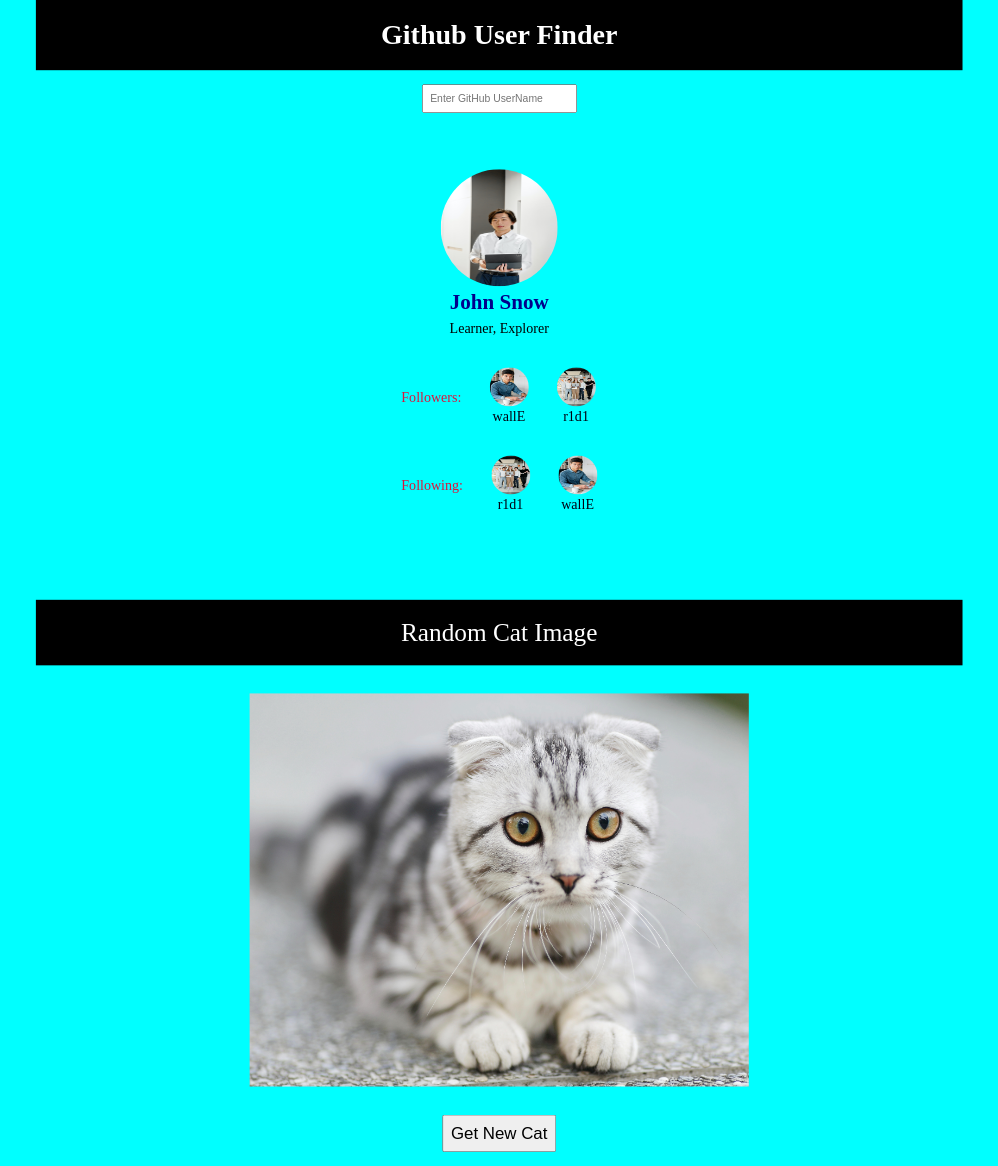
Repository: Ravindra-Shastri/TA-JS-asynchronous-js-TJaaao
Page: block-BJaajt/code/index.html
The author's editor kept a copy of each file at every save. The page is drawn from the files as they stood at one save, then again after the next save.
The browser window is 1280 px wide. The pictures show the whole page, at 78% of full size.
The style sheet was rebuilt from its Sass, Less or Tailwind sources for each picture, by a compiler version that may differ from the author's.

Above is the page before, as saved 2021-10-07 10:39:49.

### block-BJaajt/code/index.html


<!DOCTYPE html>
<html lang="en">
<head>
    <meta charset="UTF-8">
    <meta http-equiv="X-UA-Compatible" content="IE=edge">
    <meta name="viewport" content="width=device-width, initial-scale=1.0">
    <title>Assignment: Fetching Data</title>
    <link rel="stylesheet" href="./assets/style.css">

</head>
<body>
    <h1>Github User Finder</h1>
    <div class="input-box">
        <input type="text" placeholder="Enter GitHub UserName">
    </div>

    <section class="user-card">
        <div class="user-details">
            <img src="./assets/pic1.jpg" alt="Pic-1" class="avatar">
            <h3 class="user-name">John Snow</h3>
            <p class="bio">Learner, Explorer</p>
        </div>
        <ul>
            <li class="followers-count">
                Followers:
                <div>
                    <img src="./assets/pic2.jpg" alt="Pic-2">
                    <p>wallE</p>
                </div>
                <div>
                    <img src="./assets/pic3.jpg" alt="Pic-3">
                    <p>r1d1</p>
                </div>

            </li>

            <li class="following">
                Following:
                <div>
                    <img src="./assets/pic3.jpg" alt="Pic-3">
                    <p>r1d1</p>
                </div>
                <div>
                    <img src="./assets/pic2.jpg" alt="Pic-2">
                    <p>wallE</p>
                </div>

            </li>
        </ul>

    </section>


    <section class="cat-section">
         <h2>Random Cat Image</h2>
        <div class="cat-image-container">
            <img src="./assets/cat1.jpg" alt="cat-image" class="cat-image">
        </div>
        <button>Get New Cat</button>
    </section>

    <script src="./index.js"></script>
</body>
</html>

### block-BJaajt/code/index.js
const input = document.querySelector("input");
const avatar = document.querySelector(".avatar");
const userName = document.querySelector(".user-name");
const bio = document.querySelector(".bio");
const followerUser = document.querySelector(".followers-count");
const followingUser = document.querySelector(".following");


function handleChange (event) {
    if (event.keyCode === 13 && input.value) {
        let user =  event.target.value;
        let xhr = new XMLHttpRequest();

xhr.open('GET', `https://api.github.com/users/${user}`);

xhr.onload = function () {
    let userData = JSON.parse(xhr.response);
    avatar.src = userData.avatar_url;
    userName.innerText = userData.name;
    bio.innerText = userData.bio;
}
xhr.onerror = function () {
    console.error("Something Went Wrong");
};
xhr.send();

let followers = new XMLHttpRequest();

followers.open('GET', `https://api.github.com/users/${user}/followers`);

followers.onload = function () {
    let followersData = JSON.parse(followers.response);
    followerUser.innerHTML = "Followers: ";
    followersData.forEach((element, index) => {
        if (index <= 5) {
            let followerAvatar = document.createElement("img");
            followerAvatar.src = element.avatar_url;
            let followerName = document.createElement("p");
            followerName.innerText = element.login;
            let followerInfo = document.createElement("div");
            followerInfo.append(followerAvatar, followerName);
            followerUser.append(followerInfo);
        }
    });
}
followers.send();

let following = new XMLHttpRequest();

following.open('GET', `https://api.github.com/users/${user}/following`);

following.onload = function () {
    let followingData = JSON.parse(following.response);
    followingUser.innerHTML = "Following: ";
    followingData.forEach((element, index) => {
        if (index <= 5) {
            let followingAvatar = document.createElement("img");
            followingAvatar.src = element.avatar_url;
            let followingName = document.createElement("p");
            followingName.innerText = element.login;
            let followingInfo = document.createElement("div");
            followingInfo.append(followingAvatar, followingName);
            followingUser.append(followingInfo);
        }
    });
}
following.send();
        event.target.value = "";
    }

}

input.addEventListener("keyup", handleChange);


let button = document.querySelector("button");
let catImage = document.querySelector(".cat-image");

button.addEventListener('click', function() {
    let catApi = new XMLHttpRequest();
    catApi.open("GET", "https://api.thecatapi.com/v1/images/search?limit=1&size=full");

    catApi.onload = function () {

        let catData = JSON.parse(catApi.response);
        catImage.src = catData[0].url;
    }
    catApi.send();
});

### block-BJaajt/code/assets/style.scss
@import "reset";


html {
    font-size: 18px;
}
body {
    line-height: 1.5;
    background: aqua;
}

h1 {
    font-size: 2rem;
    background: rgb(0, 0, 0);
    color: #fff;
    font-weight: 700;
    text-align: center;
    padding: 1rem;
    width: 90%;
    margin: auto auto;
}
.input-box {
    margin: 1rem auto;
    display: flex;
    align-items: center;
    justify-content: center;
    input {
        display: inline-block;
        padding: .5rem;
    }
}

.user-card {
    display: flex;
    flex-direction: column;
    width: 90%;
    margin: 3rem auto;
    padding: 1rem;
    align-items: center;
    background: aqua;
    border-radius: 30px;
}
.user-details {
    display: flex;
    flex-direction: column;
    align-items: center;
    margin-bottom: 2rem;
    h3 {
        font-size: 1.5rem;
        font-weight: 600;
        color: darkblue;
    }
}


.avatar {
        width: 150px;
        height: 150px;
        border-radius: 50%;
}

.followers-count, .following{
    display: flex;
    width: 100%;
    justify-content: flex-start;
    gap: 2rem;
    margin-bottom: 2rem;
    align-items: center;
    color: crimson;
    div {
        display: flex;
        flex-direction: column;
        align-items: center;
        color: rgb(1, 1, 17);
    }
    img {
        width: 50px;
        height: 50px;
        border-radius: 50%;
    }
}


// CAT Styles
.cat-section {
    display: flex;
    flex-direction: column;
    align-items: center;
    h2 {
        font-size: 1.8rem;
        background: black;
        width: 90%;
        color: #fff;
        text-align: center;
        padding: 1rem;
    }
    button {
        display: inline-block;
        padding: .5rem;
        font-size: 1.2rem;
        margin-bottom: 1rem;
        cursor: pointer;
    }
}

.cat-image-container {
    display: flex;
    width: 50%;
    height: 70vh;
    margin: 2rem auto;
    img {
        width: 100%;
    }
}

Loaded but not shown: block-BJaajt/code/assets/_reset.scss (common file)

After the next save:
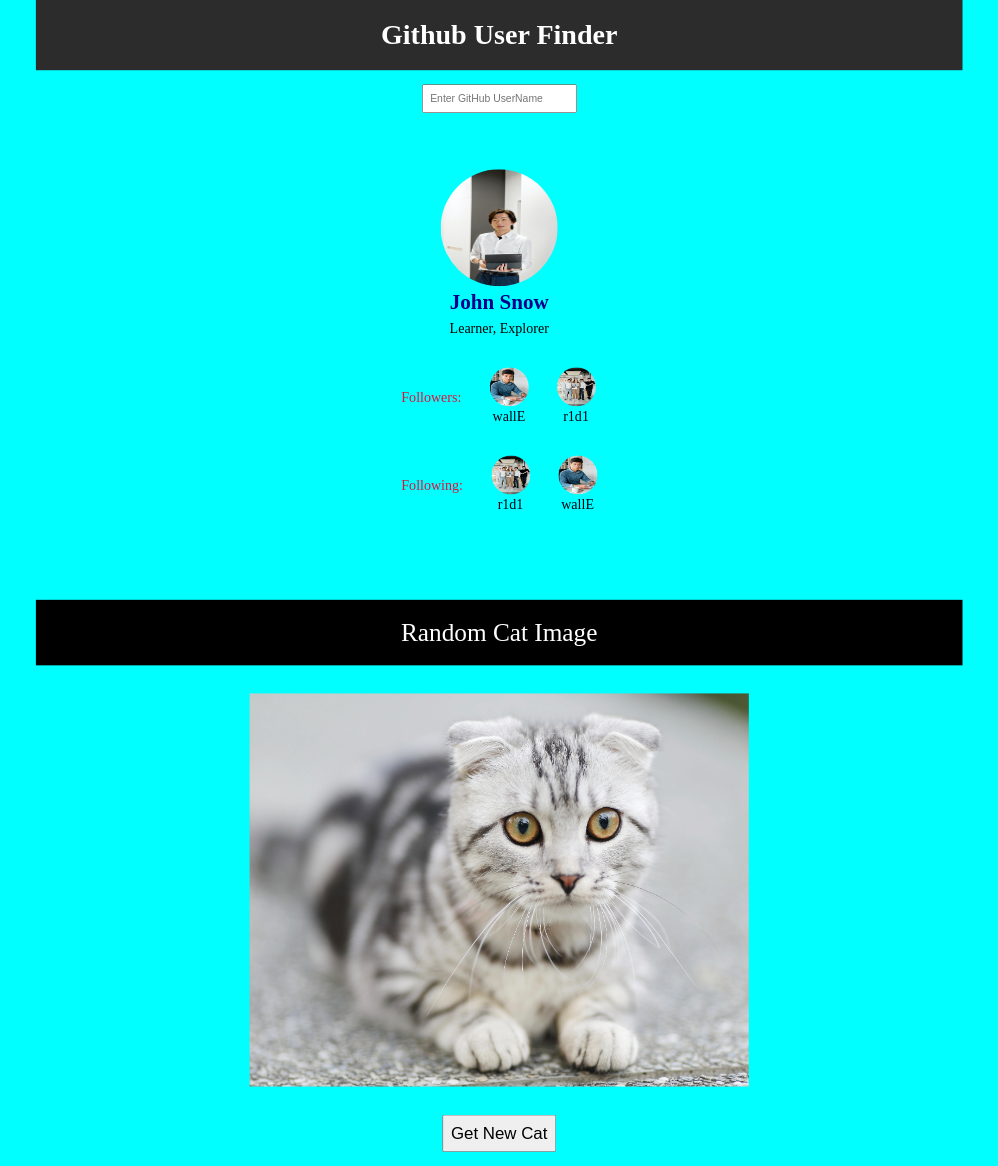
Saved 5 s later.
--- a/block-BJaajt/code/assets/style.scss
+++ b/block-BJaajt/code/assets/style.scss
@@ -11,7 +11,7 @@ body {
 
 h1 {
     font-size: 2rem;
-    background: rgb(0, 0, 0);
+    background: rgb(44, 44, 44);
     color: #fff;
     font-weight: 700;
     text-align: center;
